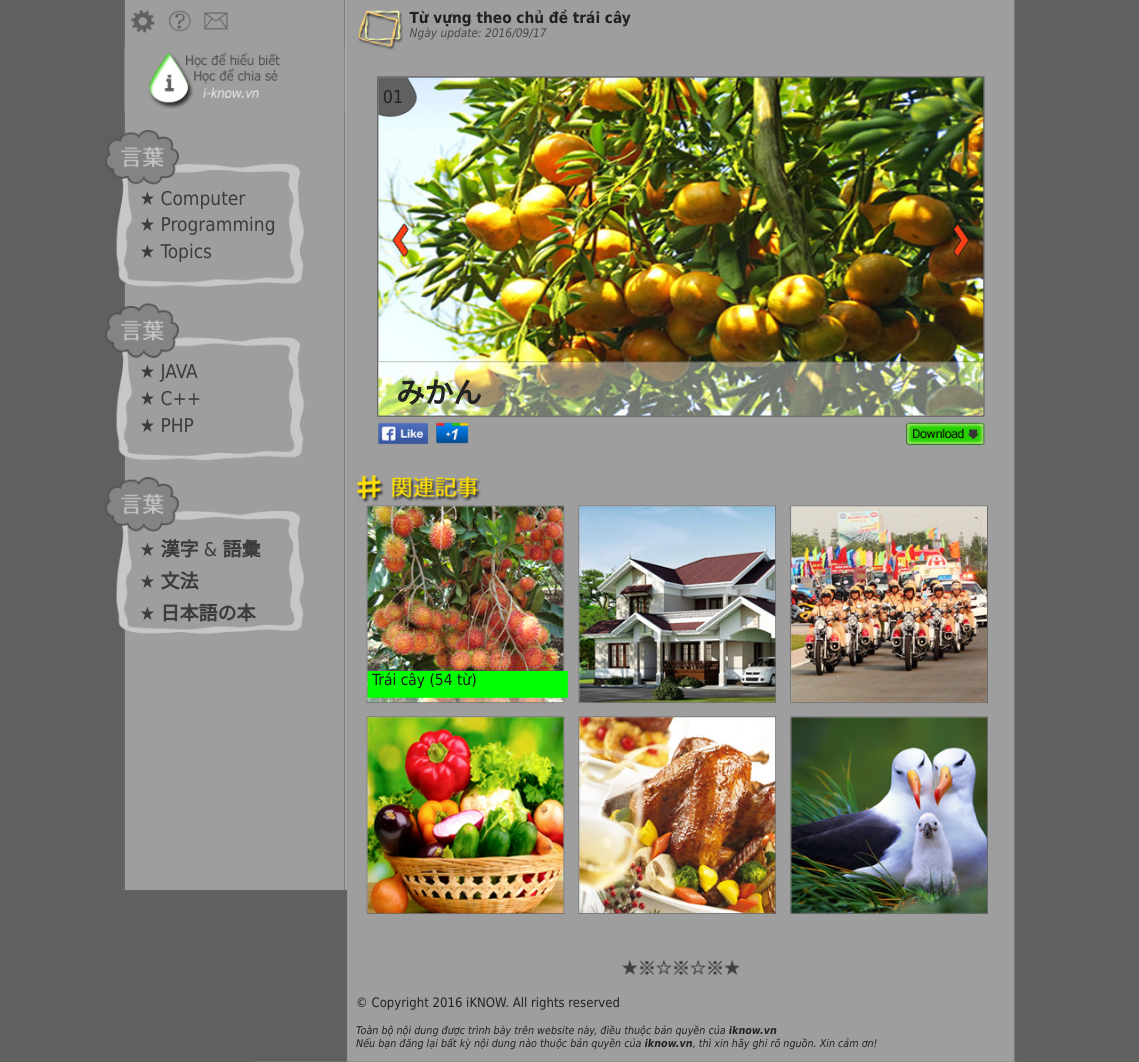
Repository: ruanonglam/_workspace
Page: Web Design/iknow.vn/WebContent/cotoba-view.html
An editor plug-in stored every save of this project. The page is shown before and after the next save, followed by the edit.
The browser window is 1280 px wide. The pictures show the whole page, at 89% of full size.

Above is the page before, as saved 2016-09-18 05:53:29.

### Web Design/iknow.vn/WebContent/cotoba-view.html
<!DOCTYPE html PUBLIC "-//W3C//DTD HTML 4.01 Transitional//EN" "http://www.w3.org/TR/html4/loose.dtd">
<html>
<head>
<meta http-equiv="Content-Type" content="text/html; charset=UTF-8">
<link rel="icon" type="image/png" href="_img/body/iknow-favorite.png" />
<link rel="stylesheet" type="text/css" href="_css/main.css">
<title>iknow - Từ vựng &bull; Trái cây</title>
<body>
<div id="main_frame">
	<div id="main_body">
		<!-- LEFT -->
		<div id="left_frame">
			<!-- .:Toolbar:. -->
			<div id="left_toolbar">
				<ul id="left_toolbar">
					<li><img alt="Setting" src="_img/body/left-setting-icon.png"></li>
					<li><img alt="About iknow.vn" src="_img/body/left-help-icon.png"></li>
					<li><img alt="Contact" src="_img/body/left-mail-icon.png"></li>
				</ul>
			</div>

			<!-- .:Logo:. -->
			<a href="#" id="logo"><img alt="iknow.vn" src="_img/body/iknow-logo.png"></a>

			<!-- .:Menu1:. -->
			<div class="left_menu">
				<ul>
					<li><a href="#">★ Computer</a></li>
					<li><a href="#">★ Programming</a></li>
					<li><a href="#">★ Topics</a></li>
				</ul>
			</div>

			<!-- .:Menu2:. -->
			<div class="left_menu">
				<ul>
					<li><a href="#">★ JAVA</a></li>
					<li><a href="#">★ C++</a></li>
					<li><a href="#">★ PHP</a></li>
				</ul>
			</div>

			<!-- .:Menu3:. -->
			<div class="left_menu">
				<ul>
					<li><a href="#">★ <b>漢字</b> & <b>語彙</b></a></li>
					<li><a href="#">★ <b>文法</b></a></li>
					<li><a href="#">★ <b>日本語の本</b></a></li>
				</ul>
			</div>

		</div>


		<!-- RIGHT -->
		<div id="right_frame">
			<!-- .:Topic:. -->
			<div id="right_topic">
				<h3>Từ vựng theo chủ đề trái cây</h3>
				<i>Ngày update: 2016/09/17</i>
			</div>

			<!-- .:Vocabulary Show:. -->
			<div id="right_vocab_show">
				<!-- .:Action:. -->
				<div id="right_vocab_action">
					<!-- Left Row -->
					<div id="right_row_left">
						<!-- .:Number:. -->
						<div id="right_vocab_number">01</div>
						<div class="right_row-action">
							<a href="#"><img alt="view-vocabulary" src="_img/body/right-vocab-row-left.png"></a>
						</div>
					</div>
					<!-- Right Row -->
					<div id="right_row_right">
						<div class="right_row-action" id="right_row-action_right">
							<a href="#"><img alt="view-vocabulary" src="_img/body/right-vocab-row-right.png"></a>
						</div>
					</div>
				</div>

				<!-- .:Show vocabulary:. -->
				<h3 id="right_vocab_text">みかん</h3>
				<div id="right_vocab_detail"></div>
			</div>

			<!-- .:Vocabulary toolbar:. -->
			<div id="right_vocab_tool">
				<ul id="left">
					<li><a href="#"><img alt="Facebook liked" src="_img/body/toolbar-facebook.png"></a></li>
					<li><a href="#"><img alt="Google+" src="_img/body/toolbar-google.png"></a></li>
				</ul>

				<ul id="right">
					<li><a href="#"><img alt="Download" src="_img/body/toolbar-download.png"></a></li>
				</ul>
			</div>

			<!-- .:Relate Vocabulary:. -->
			<div id="right_vocab_relate_title"></div>

			<!-- .:Relate Topic Show:. -->
			<!-- .:Line-1:. -->
			<div id="right_vocab_relate_line">
				<div class="right_relate_item">
					<a href="#">
						<img alt="Vocabulary" src="_img/sample/traicay/_thumb_traicay.jpg">
						<div id="_title"></div>
						<font>Trái cây (54 từ)</font>
					</a>
				</div>
				<div class="right_relate_item">
					<a href="#"><img alt="Vocabulary" src="_img/sample/nhacua/_thumb_nhacua.jpg"></a>
				</div>
				<div class="right_relate_item">
					<a href="#"><img alt="Vocabulary" src="_img/sample/giaothong/_thumb_giaothong.jpg"></a>
				</div>
			</div>

			<!-- .:Line-2:. -->
			<div id="right_vocab_relate_line">
				<div class="right_relate_item">
					<a href="#"><img alt="Vocabulary" src="_img/sample/raucu/_thumb_raucu.jpg"></a>
				</div>
				<div class="right_relate_item">
					<a href="#"><img alt="Vocabulary" src="_img/sample/monan/_thumb_monan.jpg"></a>
				</div>
				<div class="right_relate_item">
					<a href="#"><img alt="Vocabulary" src="_img/sample/chim/_thumb_chim.jpg"></a>
				</div>
			</div>

			<!-- .:Footer:. -->
			<div id="footer">
				© Copyright 2016 iKNOW. All rights reserved<br/><br/>
				<i>
					Toàn bộ nội dung được trình bày trên website này, điều thuộc bản quyền của <b>iknow.vn</b>
					<br/>Nếu bạn đăng lại bất kỳ nội dung nào thuộc bản quyền của <b>iknow.vn</b>, thì xin hãy ghi rõ nguồn. Xin cảm ơn!
				</i>
			</div>
		</div>
	</div>
</div>

</head>
<body>

</body>
</html>

### Web Design/iknow.vn/WebContent/_css/main.css
*{
	padding: 0;
	margin: 0;
}
body{
	background: #606060;
	font-family: Tahoma, "Times New Roman", Arial, "MS PMincho","MS Gothic";
	font-size: 11pt;
	color: #222222;
}
a img{
	border: none;
	text-decoration: none;
}

div#main_frame{
	margin: auto;
	width: 1200px;
	height: auto;
}

div#main_body{
	margin: auto;
	width: 1002px;
	height: auto;
	border: 1px solid #454545;
	border-bottom: none;
	border-top: none;
	background: #9E9E9E;
}

/**********************************************************/
/**********************************************************/
/**********************************************************/
/**********************************************************/
/**********************************************************/
/**********************************************************/
div#left_frame{
	float: left;
	width: 250px;
	min-height: 1000px;
	height: auto;
	border-left: 1px solid #454545;
	background: #9E9E9E url("../_img/body/left-body-bg.png") repeat-y;
}

div#left_toolbar{
	display: block;
	height: 32px;
	margin-top: 10px;
	margin-bottom: 10px;
}
ul#left_toolbar li{
	display: inline-block;
	margin-left: 5px;
}

a#logo{
	display: block;
	margin-bottom: 20px;
}


div.left_menu{
	display: block;
	position: relative;
	left: -23px;
	width: 190px;
	height: 115px;
	margin-bottom:15px;
	padding-left: 40px;
	padding-top: 65px;
	background: url("../_img/body/left-menu-group-bg.png");
}
div.left_menu ul li{
	display: block;
	color: #3C3C3C;
	font-size: 16pt;
	margin-bottom: 5px;
}
div.left_menu ul li a{
	text-decoration: none;
	color: #3C3C3C;
}
div.left_menu ul li a:HOVER{
	color: #FFFFFF;
}


/**********************************************************/
/**********************************************************/
/**********************************************************/
/**********************************************************/
/**********************************************************/
/**********************************************************/
div#right_frame{
	float: right;
	width: 730px;
	padding: 10px;
	min-height: 980px;
	border-right: 1px solid #454545;
	background: #9E9E9E;
}

div#right_topic{
	display: block;
	width: 670px;
	height: 46px;
	padding-left: 60px;
	margin-bottom: 30px;
	background: url("../_img/body/right-topic-icon.png") no-repeat;
}
div#right_topic h3{
	color: #212121;
}
div#right_topic i{
	color: #484848;
	font-size: 10pt;
}

div#right_vocab_show{
	display: block;
	width: 680px;
	height: 380px;
	margin: auto;
	border: 1px solid #454545;
	background: url("../_img/sample/traicay/1.jpg");
}
div#right_vocab_action{
	display: block;
	width: 100%;
	height: 320px;
}
div#right_vocab_detail{
	display: block;
	position: relative;
	bottom: 1px;
	width: 100%;
	height: 60px;
	opacity: 0.4;
    filter: alpha(opacity=40);
	background: #FFFFFF;
	border-top: 1px solid #454545;
}
div#right_row_left{
	float: left;
	width: 50px;
	height: 100%;
	background: url("../_img/body/right-vocab-num.png") no-repeat;
}
div.right_row-action{
	margin-top: 110px;
}
div#right_row-action_right{
	margin-top: 160px;
}
div#right_vocab_number{
	width: 45px;
	height: 40px;
	padding-top: 10px;
	padding-left: 5px;
	font-size: 15pt;
}
div#right_row_right{
	float: right;
	width: 50px;
	height: 100%;
}

h3#right_vocab_text{
	display: block;
	position: absolute;
	z-index: 1;
	width: 660px;
	height: 51px;
	font-size: 24pt;
	padding-left: 20px;
	padding-top: 7pt;
}

div#right_vocab_tool{
	clear: both;
	display: block;
	width: 684px;
	height: 45px;
	padding-top: 5px;
	margin-top: 15px;
	margin: auto;
}
div#right_vocab_tool ul#left{
	float: left;
}
div#right_vocab_tool ul#right{
	float: right;
}
div#right_vocab_tool ul li{
	display: inline-block;
}


/***/
div#right_vocab_relate_title{
	display: block;
	width: 100%;
	height: 35px;
	margin-top: 15px;
	background: url("../_img/body/right-topic-relate.png") no-repeat;
}

/***/
div#right_vocab_relate_line{
	display: block;
	width: 718px;
	height: 222px;
	padding-left: 12px;
	margin-bottom: 15px;
}

div.right_relate_item{
	float: left;
	width: 220px;
	height: 220px;
	margin-right: 16px;
	border: 1px solid #5F5F5F;
	background: #C7C7C7;
}
div.right_relate_item a{
	text-decoration: none;
}
div.right_relate_item div#_title{
	position: relative;
	width: 100%;
	height: 35px;
	margin-top: -36px;
	z-index: 1;
	opacity: 0.4;
    filter: alpha(opacity=40);
    border-top: 1px solid #454545;
    background: #FFFFFF;
}
div.right_relate_item font{
	display: block;
	position: relative;
	width: 100%;
	height: 30px;
	margin-top: -35px;
	z-index: 1000;
	font-size: 13pt;
	padding-left: 5px;
	color: #181818;
	background: lime;
}


/**********************************/
div#footer{
	display: block;
	position: static;
	width: 730px;
	height: 66px;
	margin-top: 50px;
	padding-top: 40px;
	bottom: 0;
	background:url("../_img/body/footer-bg.png") no-repeat center top;
}
div#footer i{
	font-size: 9pt;
}

After the next save:
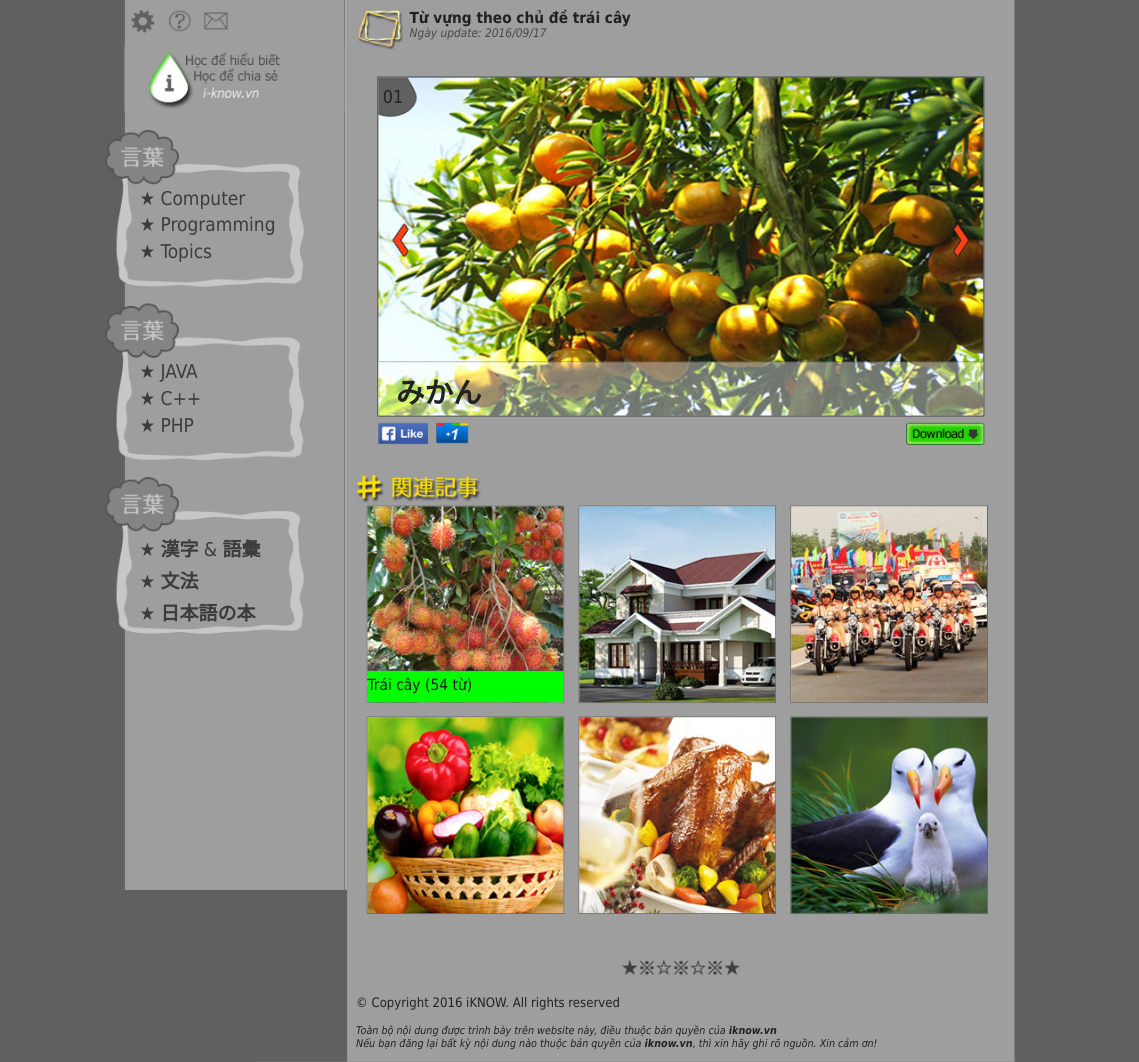
Saved 10 s later.
--- a/Web Design/iknow.vn/WebContent/_css/main.css
+++ b/Web Design/iknow.vn/WebContent/_css/main.css
@@ -246,7 +246,7 @@ div.right_relate_item font{
 	margin-top: -35px;
 	z-index: 1000;
 	font-size: 13pt;
-	padding-left: 5px;
+	padding-top: 5px;
 	color: #181818;
 	background: lime;
 }
